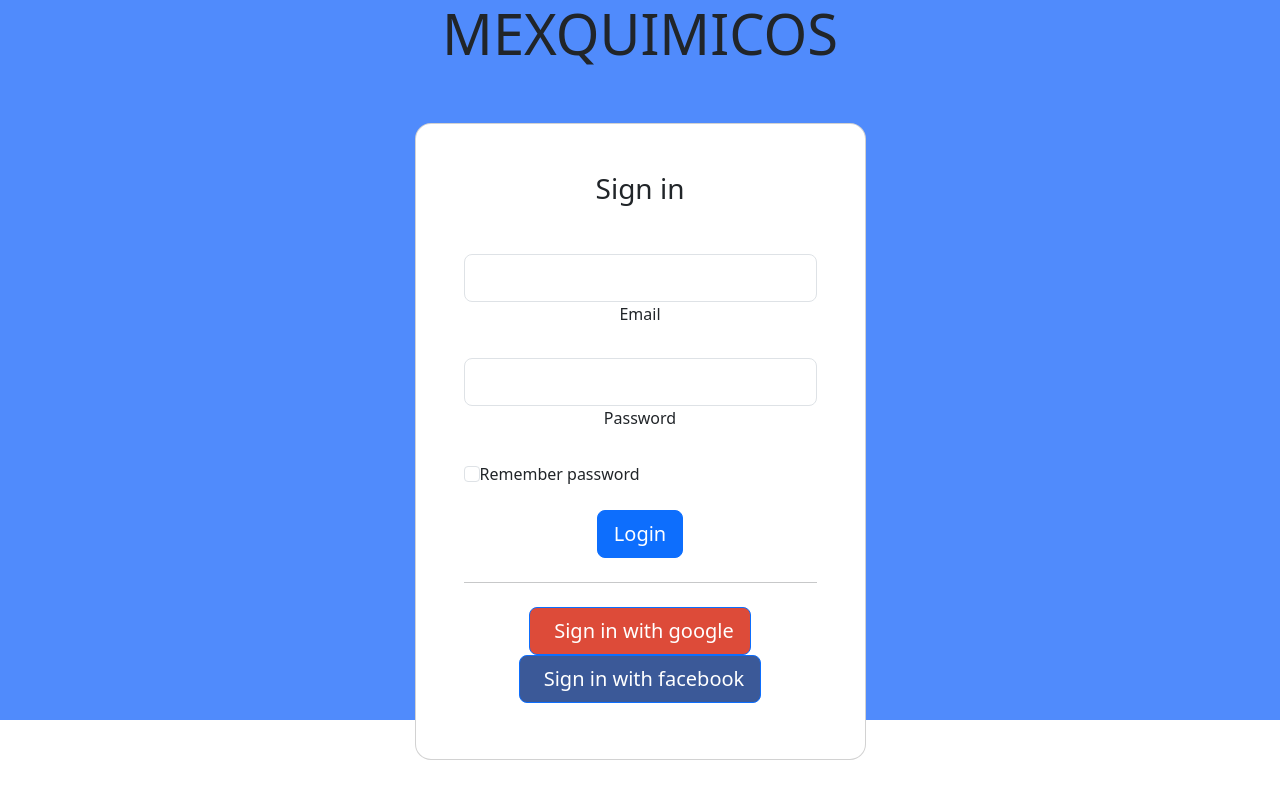
Repository: iDiv3r/MexiQuimicosIsay
Page: Index.html
These files come from the project's save history. The page is drawn as it stood at one moment and after the next save; the edit follows.
The browser window is 1280 px wide. The pictures show the whole page.

Above is the page before, as saved 2023-11-25 00:33:45.

### Index.html
<!DOCTYPE html>
<html lang="es">
<head>
  <meta charset="UTF-8">
  <title>MEXIQUIMICO</title>
  <link rel="stylesheet" href="https://cdn.jsdelivr.net/npm/bootstrap@5.3.0/dist/css/bootstrap.min.css">
</head>
<body>
  <section class="vh-100" style="background-color: #508bfc;">
    <h1 class="display-4 text-center text-dark">MEXQUIMICOS</h1>
    <div class="container py-5 h-100">
      <div class="row d-flex justify-content-center align-items-center h-100">
        <div class="col-12 col-md-8 col-lg-6 col-xl-5">
          <div class="card shadow-2-strong" style="border-radius: 1rem;">
            <div class="card-body p-5 text-center">

              <h3 class="mb-5">Sign in</h3>

              <div class="form-outline mb-4">
                <input type="email" id="typeEmailX-2" class="form-control form-control-lg" />
                <label class="form-label" for="typeEmailX-2">Email</label>
              </div>

              <div class="form-outline mb-4">
                <input type="password" id="typePasswordX-2" class="form-control form-control-lg" />
                <label class="form-label" for="typePasswordX-2">Password</label>
              </div>

              <!-- Checkbox -->
              <div class="form-check d-flex justify-content-start mb-4">
                <input class="form-check-input" type="checkbox" value="" id="form1Example3" />
                <label class="form-check-label" for="form1Example3"> Remember password </label>
              </div>

              <button class="btn btn-primary btn-lg btn-block" type="submit">Login</button>

              <hr class="my-4">

              <button class="btn btn-lg btn-block btn-primary" style="background-color: #dd4b39;"
                type="submit"><i class="fab fa-google me-2"></i> Sign in with google</button>
              <button class="btn btn-lg btn-block btn-primary mb-2" style="background-color: #3b5998;"
                type="submit"><i class="fab fa-facebook-f me-2"></i>Sign in with facebook</button>

            </div>
          </div>
        </div>
      </div>
    </div>
  </section>
</body>
</html>

After the next save:
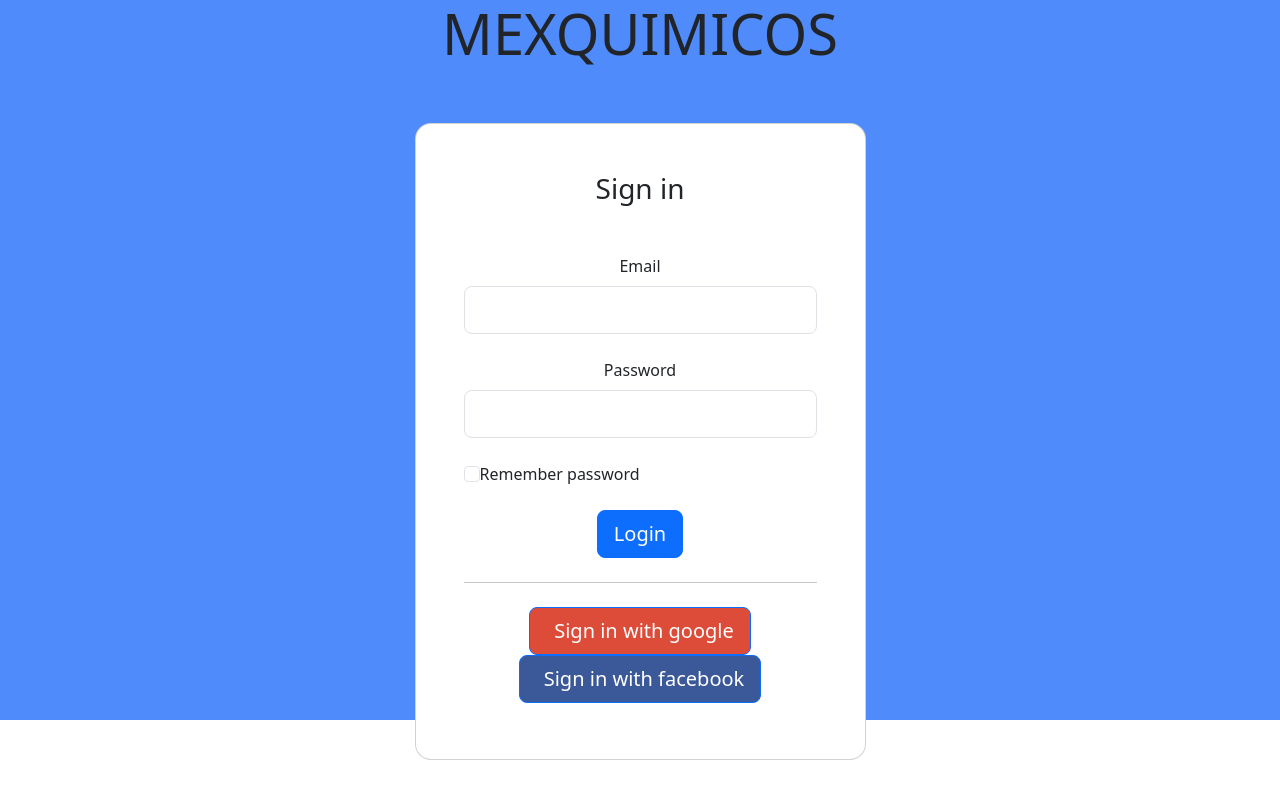
Saved 2 min 37 s later.
--- a/Index.html
+++ b/Index.html
@@ -17,15 +17,14 @@
               <h3 class="mb-5">Sign in</h3>
 
               <div class="form-outline mb-4">
+                <label class="form-label" for="typeEmailX-2">Email</label>
                 <input type="email" id="typeEmailX-2" class="form-control form-control-lg" />
-                <label class="form-label" for="typeEmailX-2">Email</label>
               </div>
 
               <div class="form-outline mb-4">
+                <label class="form-label" for="typePasswordX-2">Password</label>
                 <input type="password" id="typePasswordX-2" class="form-control form-control-lg" />
-                <label class="form-label" for="typePasswordX-2">Password</label>
               </div>
-
               <!-- Checkbox -->
               <div class="form-check d-flex justify-content-start mb-4">
                 <input class="form-check-input" type="checkbox" value="" id="form1Example3" />
